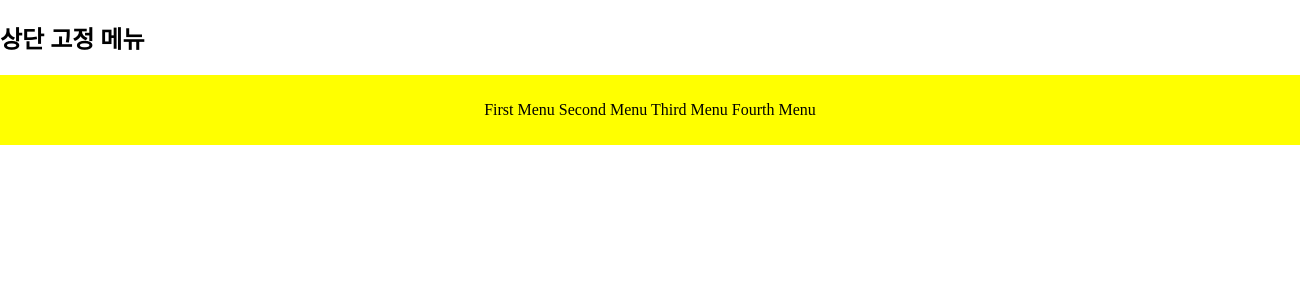
Repository: tjdwlsl/jspstudy
Page: http://localhost/JQuery_Ajax/jquery/ex21_exam03.jsp
An editor plug-in stored every save of this project. The page is shown before and after the next save, followed by the edit.
The browser window is 1280 px wide. The page is 1300 px wide, then 1280 px, so the pictures cover 1300 px, including what lies to the right of the window. The pictures show the whole page.
The page is served by Tomcat 9. Other server files are loaded and not shown.

Above is the page before, as saved 2023-07-20 02:43:27.

### JQuery_Ajax/src/main/webapp/jquery/ex21_exam03.jsp
<%@ page language="java" contentType="text/html; charset=UTF-8"
    pageEncoding="UTF-8"%>
<!DOCTYPE html>
<html>
<head>
<meta charset="UTF-8">
<title>Insert title here</title>
<style type="text/css">
	body{
		margin: 0px;
		padding: 0px;
	}
	.jbtitle{
		text-align: center;
	}
	.jbMenu{
		text-align: center;
		background-color: yellow;
		padding: 10px; 0px;
		width: 100%;
	}
	.jpContene{
		height: 2000px;
	}
	.jbFixed{
		position: fixed;
		top: opx;
	}
</style>
<%-- jQuery 라이브러리 CDN --%>
<script src="https://ajax.googleapis.com/ajax/libs/jquery/3.7.0/jquery.min.js"></script>
<script type="text/javascript">
$(document).ready(function(){
	var jbOffset = $('.jbMenu').offset();
	$(window).scroll(function() {
		if($(document).scrollTop() > jbOffset.top){
			$('.jbMenu').addClass('.jbFixed');
		}else{
			$('.jbMenu').removeClass('.jbFixed');
		}
	});
});
</script>
</head>
<body>
	<div class="jbTitle">
		<h2>상단 고정 메뉴</h2>
	</div>
	<div class="jbMenu">
		<p>
			First Menu
			Second Menu
			Third Menu
			Fourth Menu
		</p>
	</div>
	<div class="jbContent">

	</div>
</body>
</html>

After the next save:
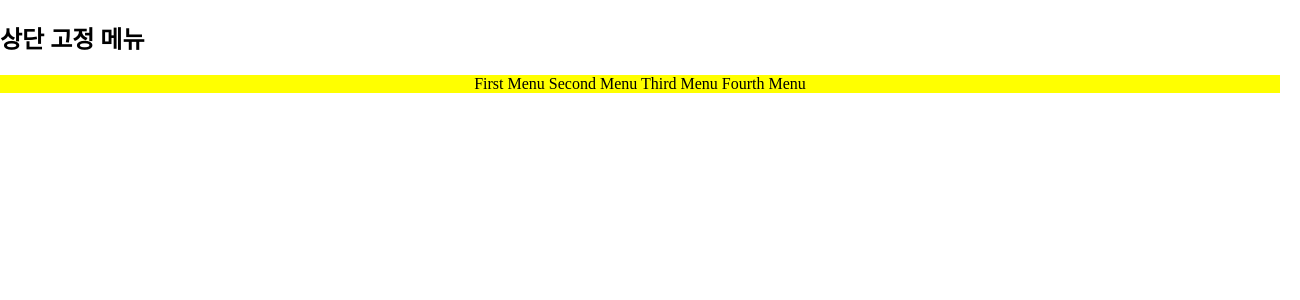
Saved 70 s later.
--- a/JQuery_Ajax/src/main/webapp/jquery/ex21_exam03.jsp
+++ b/JQuery_Ajax/src/main/webapp/jquery/ex21_exam03.jsp
@@ -16,7 +16,7 @@
 	.jbMenu{
 		text-align: center;
 		background-color: yellow;
-		padding: 10px; 0px;
+		padding: 10px, 0px;
 		width: 100%;
 	}
 	.jpContene{
